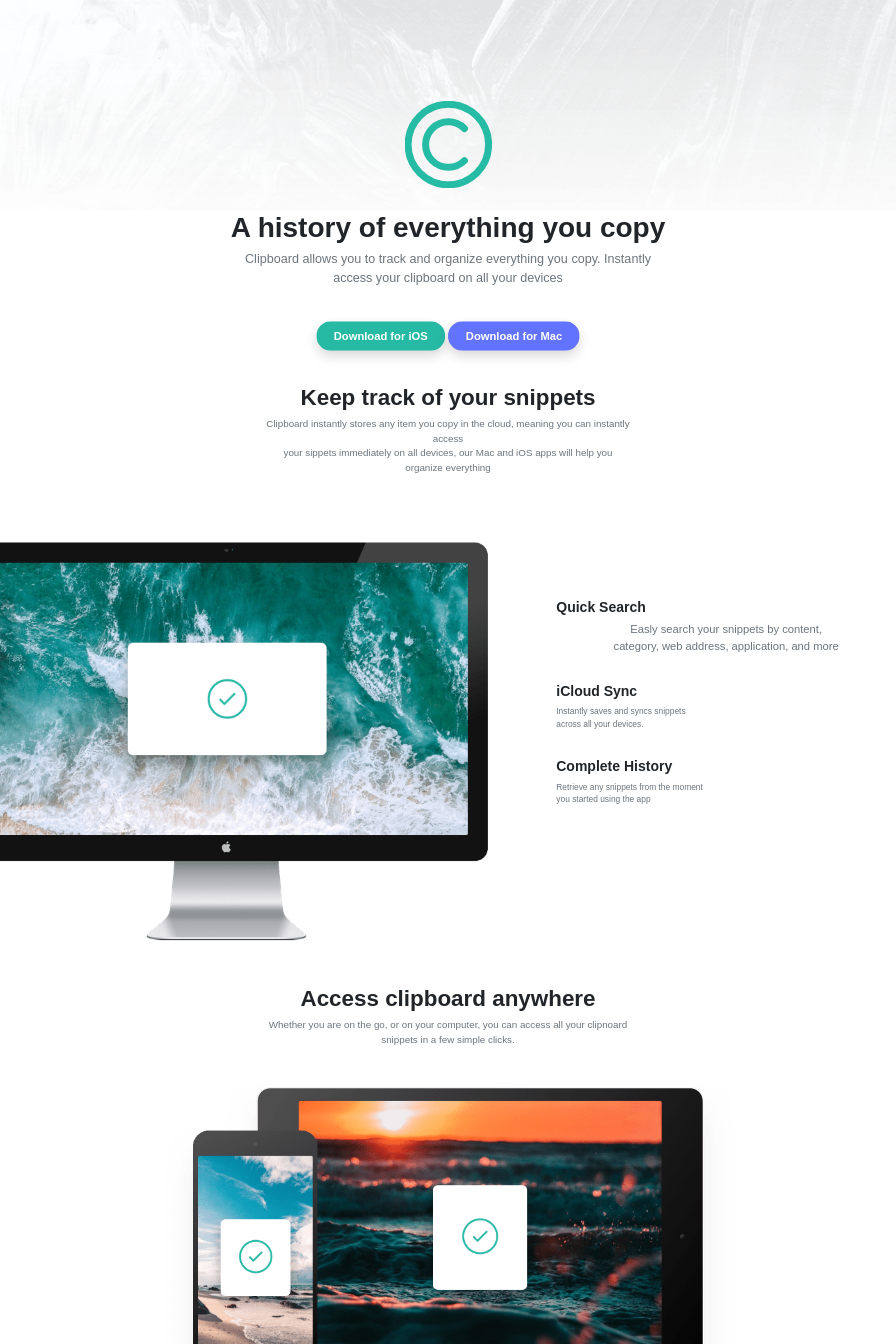
Repository: Kenkeluke/Clipboard-landing-page
Page: index.html
An editor plug-in stored every save of this project. The page is shown before and after a run of saves, followed by the edit.
The browser window is 1280 px wide. The pictures show the part of the page from y = 0 to 1920 px (the page is 3015 px tall), at 70% of full size.
Some web fonts or font styles are not loaded; a fallback is used.

Above is the page before, as saved 2022-09-03 23:28:42.

### index.html
<!DOCTYPE html>

<html>
  <head>
    <meta charset="utf-8">
    <meta http-equiv="X-UA-Compatible" content="IE=edge">
    <title> Clipboard landing page</title>
    <meta name="description" content="">
    <meta name="viewport" content="width=device-width, initial-scale=1">
    <link href="https://cdn.jsdelivr.net/npm/bootstrap@5.0.2/dist/css/bootstrap.min.css" rel="stylesheet" integrity="sha384-EVSTQN3/azprG1Anm3QDgpJLIm9Nao0Yz1ztcQTwFspd3yD65VohhpuuCOmLASjC" crossorigin="anonymous">
    <link rel="stylesheet" href="styles.css">
  </head>
  <body>

<section id="hero" class="container-fluid d-flex justify-content-center align-items-center pt-5 ">
  <figure class=" pt-5 pb-3 mt-5 mb-3">
    <img src="./images/logo.svg" alt="" class="img-fluid" >
  </figure>
</section>

<section  id="second" class="d-flex flex-column justify-content-center align-items-center mb-5">
  <h1 class="fw-bolder col-md-6 text-center"> A history of everything you copy </h1>

  <p class="text-muted col-md-6 text-center mb-5 paragraph">
    Clipboard allows you to track and organize everything you copy. Instantly<br> access your clipboard on all your devices
  </p>

  <div class="button-group">
    <button type="button" class="btn rounded-pill shadow cyan text-white py-2 px-4 fw-bolder">Download for iOS</button>
    <button type="button" class="btn rounded-pill shadow blue text-white py-2 px-4 fw-bolder fs-6">Download for Mac</button>
  </div>
</section>

<section id="third" class="d-flex flex-column justify-content-center align-items-center my-5">
  <h2 class="fw-bolder col-md-6 text-center"> Keep track of your snippets </h2>

  <p class="text-muted col-md-5 text-center mb-5 small-paragraph">
    Clipboard instantly stores any item you copy in the cloud, meaning you can instantly access<br>
  your sippets immediately on all devices, our Mac and iOS apps will help you <br> organize everything  </p>

</section>


<section id="fourth" class="d-flex flex-md-row flex-column my-5">

  <figure class="col-md-7">
    <img src="./images/image-computer.png" alt="mac monitor" srcset=""
    class="img-fluid image-cut">
  </figure>

  <article class="col-md-5 col d-flex flex-column justify-content-md-start justify-content-center mt-5 ps-md-5 pt-3">
    <div class="first-article justify-content-md-start text-md-start text-center pt-3">
      <h5 class="fw-bolder"> Quick Search</h5>

      <p class="text-muted col text-center">
       Easly search your snippets by content, <br>

      category, web address, application, and more </p>
    </div>

    <div class="first-article justify-content-md-start text-start pt-4">
      <h5 class="fw-bolder"> iCloud Sync</h5>

      <p class="text-muted tiny-paragraph">
       Instantly saves and syncs snippets<br>

      across all your devices. </p>
    </div>

    <div class="first-article justify-content-md-start text-start pt-4">
      <h5 class="fw-bolder"> Complete History</h5>

      <p class="text-muted tiny-paragraph">
       Retrieve any snippets from the moment <br>

      you started using the app</p>
    </div>

  </article>

</section>

<section id="fifth" class="d-flex flex-column justify-content-center align-items-center my-5">
  <h2 class="fw-bolder col text-center"> Access clipboard anywhere </h2>

  <p class="text-muted col text-center mb-5 small-paragraph">
    Whether you are on the go, or on your computer, you can access all your clipnoard<br>
  snippets in a few simple clicks.</p>


  <figure class="col ms-5 ps-5">
    <img src="./images/image-devices.png" alt="tablet and mobile device" srcset=""
    class="img-fluid" width="90%">
  </figure>



  <h2 class="fw-bolder col text-center"> Supercharge your workflow</h2>

  <p class="text-muted col text-center mb-5 small-paragraph">
    We've got the tools to boost your productively </p>

</section>



 <section id="features" class="d-flex flex-column flex-md-row justify-content-center mb-5 ">
  <div class="d-flex flex-column col-md-3 justify-content-center ">
    <figure class="text-center">
      <img src="./images/icon-blacklist.svg" alt="Grey scroll" srcset=""
      class="img-fluid text-center" width="10%">
    </figure>

    <h6 class="fw-bolder text-center"> Create blacklists</h6>

    <p class="text-muted  text-center mb-5 small-paragraph">
      Ensure sensitive information never makes its <br>
      way to your clipboard by excluding certain <br>
     </p>
</div>


  <div class="d-flex flex-column col-md-3 justify-content-center ">
    <figure class="text-center">
      <img src="./images/icon-text.svg" alt="texts" srcset=""
      class="img-fluid text-center" width="10%">
    </figure>

    <h6 class="fw-bolder text-center">Plain text snippets</h6>

    <p class="text-muted  text-center mb-5 small-paragraph">
      remove unwanted formatting from copied texts<br>
      for a consistent look.
     </p>
</div>

<div class="d-flex flex-column col-md-3 justify-content-center ">
  <figure class="text-center">
    <img src="./images/icon-preview.svg" alt="eyes preview" srcset=""
    class="img-fluid text-center" width="10%">
  </figure>

  <h6 class="fw-bolder text-center">Sneak preview</h6>

  <p class="text-muted  text-center mb-5 small-paragraph">
    Quick preview of all snippets on your clipboard<br>
    for easy access
   </p>

</div>

 </section>


<section id="Reviews" class="container d-flex flex-column flex-md-row justify-content-center mb-5 pb-5 ">
  <figure class="text-center col-md-2 text-center">
    <img src="./images/logo-google.png" alt="Google logo" srcset=""
    class="img-fluid text-center" width="50%">
  </figure>

  <figure class="text-center col-md-2 text-center mt-md-0 mt-5 ">
    <img src="./images/logo-IBM.png" alt="IBM logo" srcset=""
    class="img-fluid text-center" width="50%">
  </figure>


  <figure class="text-center col-md-2 text-center mt-md-0 mt-5">
    <img src="./images/logo-microsoft.png" alt="microsoft logo" srcset=""
    class="img-fluid text-center" width="50%">
  </figure>

  <figure class="text-center col-md-2 text-center mt-md-0 mt-5">
    <img src="./images/logo-hp.png" alt="HP logo" srcset=""
    class="img-fluid text-center" width="50%">
  </figure>

  <figure class="text-center col-md-2 mt-md-0 mt-5">
    <img src="./images/logo-vector-graphics.png" alt="Vector-graphics logo" srcset=""
    class="img-fluid text-bottom" width="50%">
  </figure>


</section>


<section  id="CTA" class="container d-flex flex-column justify-content-center align-items-center my-5 pb-5 px-5">
  <h3 class="fw-bolder col-md-6 text-center">Clipboard for iOS and Mac OS </h3>

  <p class="text-muted col-md-6 text-center mb-4 small-paragraph">
    Available for free on the App Store. Download for Mac or iOS, sync with iCloud<br> and
    you are ready to start adding to your clipboard.
  </p>

  <div class="button-group d-flex flex-md-row flex-column justify-content-around">
    <button type="button" class="btn rounded-pill shadow cyan text-white py-2 px-4 fw-bolder">Download for iOS</button>
    <button type="button" class="btn rounded-pill shadow blue text-white py-2 px-4 fw-bolder fs-6 ms-md-3 mt-3 mt-md-1">Download for Mac</button>
  </div>
</section>

<footer id="footer" class=" d-flex flex-md-row flex-column align-items-center pt-5 pb-4 justify-content-center">
<figure class="d-flex justify-content-end col-md-1 col-3">
  <img src="./images/logo.svg" alt="clipboard-logo" srcset=""  class="w-75 ps-2 ps-md-1">
</figure>

<section class="middle-class d-flex flex-md-row flex-column justify-content-center  justify-content-md-start col-md-6 pt-2">
  <ul class="one d-flex flex-column  text-center text-md-start">
    <a href="#" class="none small-paragraph text-muted" aria-current="true">
     FAQs
    </a>
    <a href="#" class="none small-paragraph text-muted pt-3">Contact Us</a>

  </ul>
  <ul class="two d-flex flex-column ms-md-5 text-center text-md-start">
    <a href="#" class="none small-paragraph text-muted">Privacy policy</a>
    <a href="#" class="none small-paragraph text-muted pt-3">Press kit</a>
  </ul>

  <ul class="three d-flex flex-column ms-md-5 text-center text-md-start">
    <a href="#" class="none small-paragraph text-muted">Install guide</a>
    </ul>
 </section>

 <div class="social d-flex justify-content-between justify-content-md-center col-4">
  <a href="#" class="ms-4">
    <img src="./images/icon-facebook.svg" alt="facebook-logo" srcset="" class="img-fluid" >
  </a>

  <a href="#" class="ms-4">
    <img src="./images/icon-twitter.svg" alt="twitter-logo" srcset="" class="img-fluid" >
</a>

  <a href="#" class="ms-4">
    <img src="./images/icon-instagram.svg" alt="instagram-logo" srcset="" class="img-fluid">
  </a>
 </div>
</footer>


  <script src="https://cdn.jsdelivr.net/npm/@popperjs/core@2.9.2/dist/umd/popper.min.js" integrity="sha384-IQsoLXl5PILFhosVNubq5LC7Qb9DXgDA9i+tQ8Zj3iwWAwPtgFTxbJ8NT4GN1R8p" crossorigin="anonymous"></script>
  <script src="https://cdn.jsdelivr.net/npm/bootstrap@5.0.2/dist/js/bootstrap.min.js" integrity="sha384-cVKIPhGWiC2Al4u+LWgxfKTRIcfu0JTxR+EQDz/bgldoEyl4H0zUF0QKbrJ0EcQF" crossorigin="anonymous"></script>
  </body>
</html>

### styles.css
@import url('https://fonts.googleapis.com/css2?family=Bai+Jamjuree:ital,wght@0,200;0,300;0,400;0,500;0,600;1,300&display=swap');

body{
    font-family: 'Bai Jamjuree', sans-serif;
    background-color:  hsl(0, 0%, 100%);
    ;
}

#hero{
    background-image: url(./images/bg-header-desktop.png);
}

.paragraph{
    font-size: 18px;
}

.cyan{
background-color: hsl(171, 66%, 44%);
}

.blue{
    background-color: hsl(233, 100%, 69%);
}


.small-paragraph{
    font-size: 14px;
}
.tiny-paragraph{
    font-size: 12px;
}

.image-cut{
    margin-left: -50px
}

footer{
    background-color: hsla(210, 15%, 92%, 0.574);
}

.none{
    list-style: none;
    text-decoration: none;
}

After the next 2 saves:
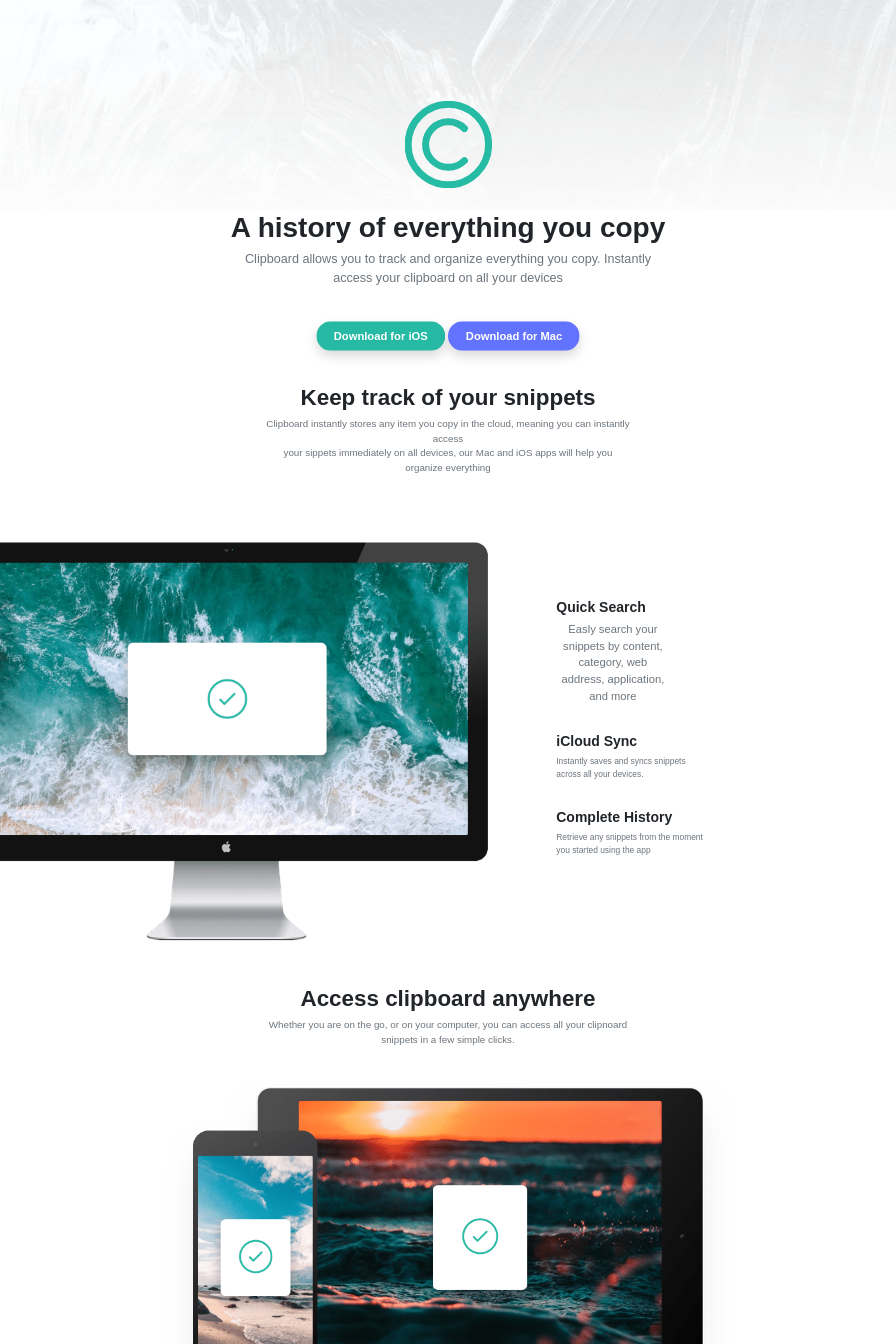
The 2 saves are shown as one change because they came seconds apart.
The last was saved 18 s later.
--- a/index.html
+++ b/index.html
@@ -52,7 +52,7 @@
     <div class="first-article justify-content-md-start text-md-start text-center pt-3">
       <h5 class="fw-bolder"> Quick Search</h5>
 
-      <p class="text-muted col text-center">
+      <p class="text-muted col-4 text-center">
        Easly search your snippets by content, <br>
 
       category, web address, application, and more </p>
